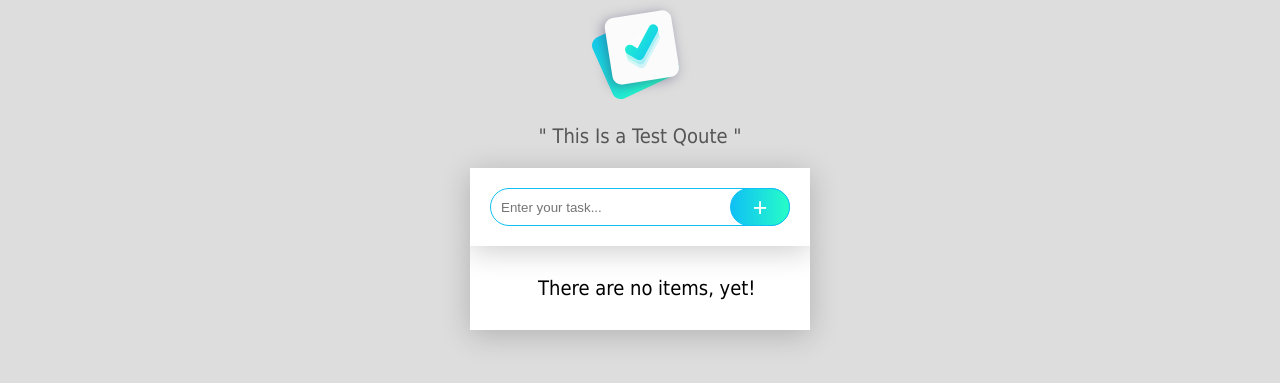
Repository: ahmedhamed15/React-Todo
Page: /
The author's editor kept a copy of each file at every save. The page is drawn from the files as they stood at one save, then again after the next save.
The browser window is 1280 px wide. The pictures show the whole page.
The project was rebuilt for these pictures with package versions that can differ from the ones it lists, and the page was loaded fresh each time. Also part of the build but not shown: src/components/Todos/TodoItem/index.js.

Above is the page before, as saved 2021-07-27 01:39:37.

After the next save:
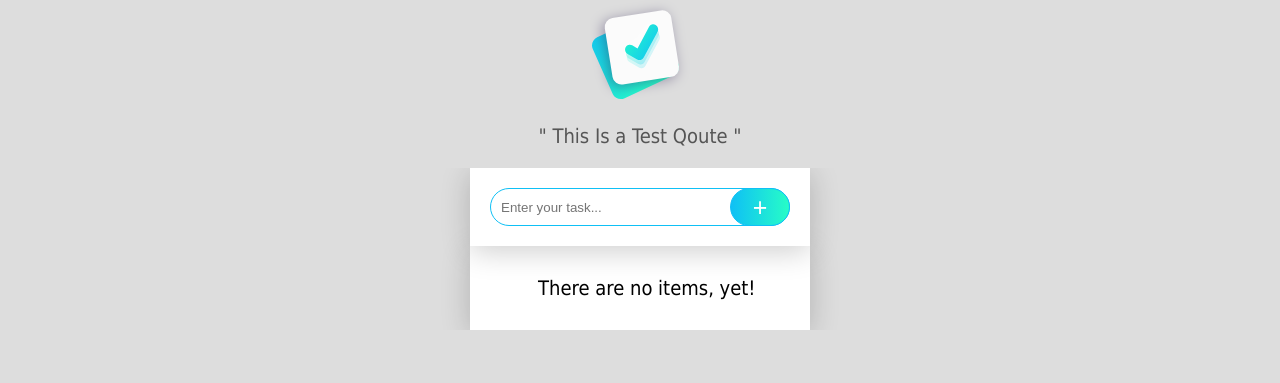
Saved 75 s later.
--- a/src/components/Todos/TodoList/style.scss
+++ b/src/components/Todos/TodoList/style.scss
@@ -6,6 +6,9 @@
     padding: 0.5em 1em;
     box-shadow: 0 5px 30px rgba(0, 0, 0, 0.2);
     max-height: 345px;
+}
+.todos-list {
     overflow-y: auto;
     overflow-x: hidden;
+
 }
